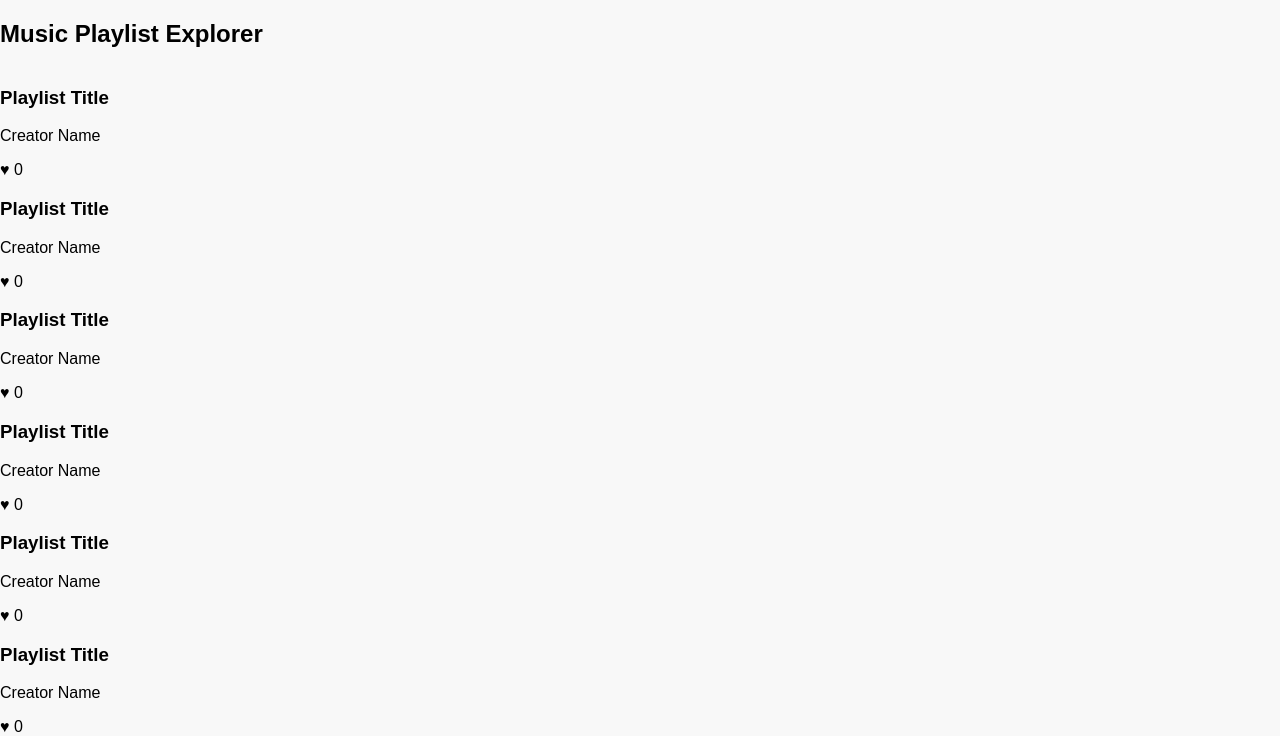
Repository: valentinaarojas/music-player-explorer
Page: index.html
The author's editor kept a copy of each file at every save. The page is drawn from the files as they stood at one save, then again after the next save.
The browser window is 1280 px wide. The pictures show the whole page.

Above is the page before, as saved 2025-02-18 18:16:42.
Console error: SyntaxError: Unexpected token '{'

After the next save:
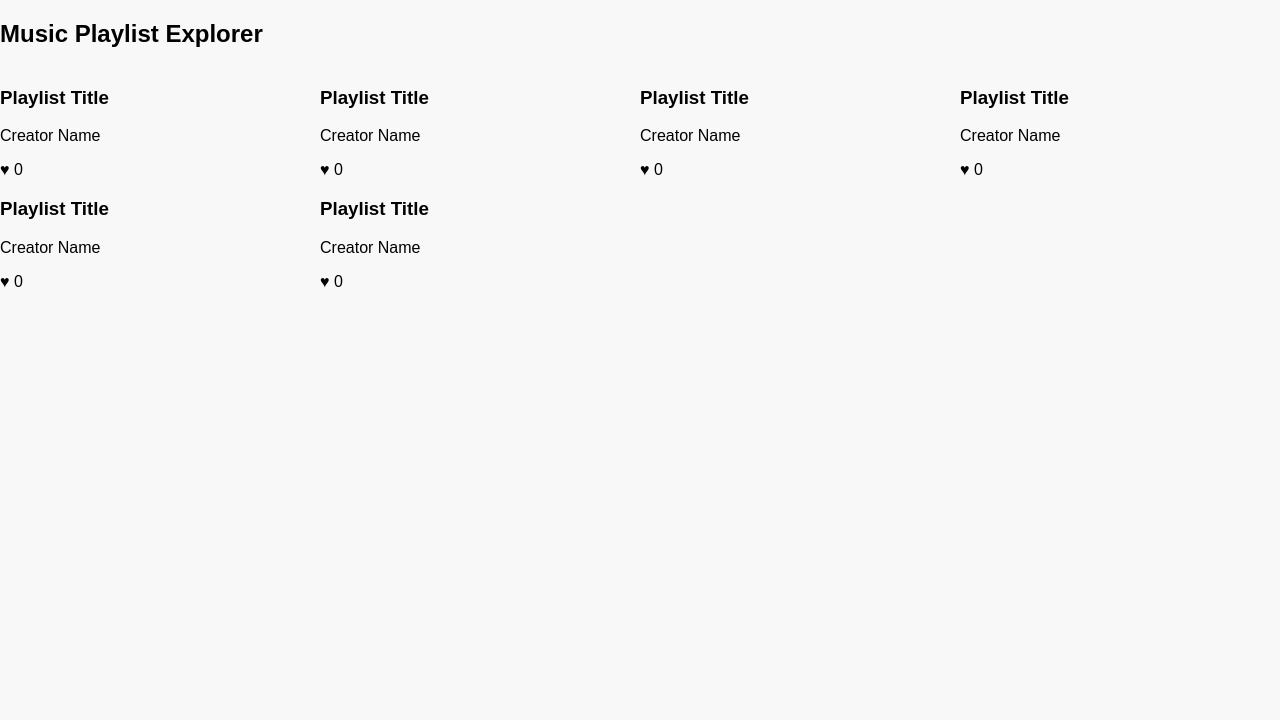
Saved 11 s later.
--- a/style.css
+++ b/style.css
@@ -7,5 +7,5 @@ body {
 
 .playlist-cards {
     display: grid;
-    grid-template-columns: repeat(4, 1);
+    grid-template-columns: repeat(4, 1fr);
 }
